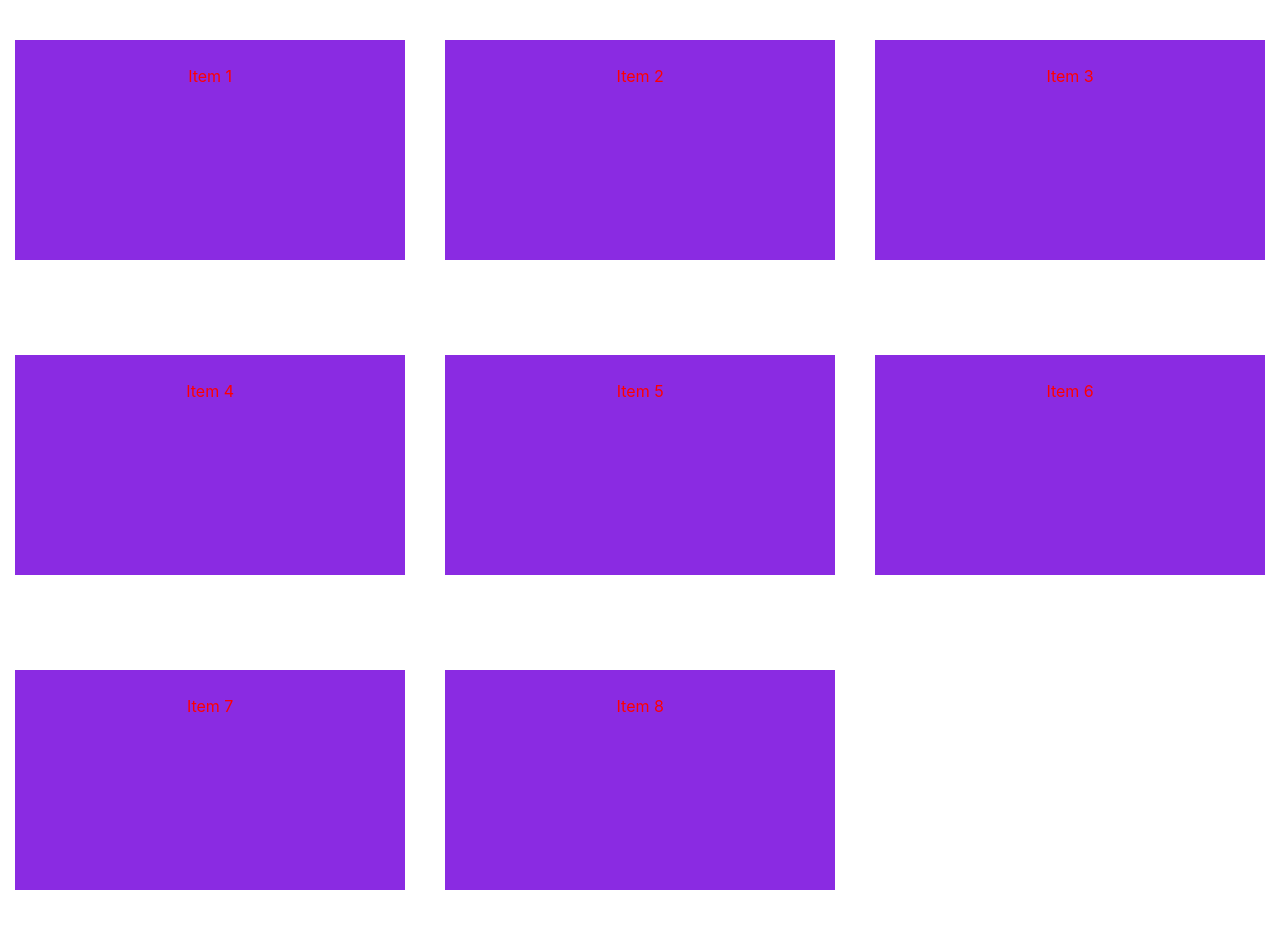
Repository: thai-shriya/anxiety-tracker
Page: /
These files come from the project's save history. The page is drawn as it stood at one moment and after the next save; the edit follows.
The browser window is 1280 px wide. The pictures show the whole page.
The project was rebuilt for these pictures with package versions that can differ from the ones it lists, and the page was loaded fresh each time.

Above is the page before, as saved 2024-04-22 15:13:48.

### src/App.js
import './App.css';

function App() {
  return (
    <div className='grid-container'>
      <div className='grid-item'><p>Item 1</p></div>
      <div className='grid-item'><p>Item 2</p></div>
      <div className='grid-item'><p>Item 3</p></div>
      <div className='grid-item'><p>Item 4</p></div>
      <div className='grid-item'><p>Item 5</p></div>
      <div className='grid-item'><p>Item 6</p></div>
      <div className='grid-item'><p>Item 7</p></div>
      <div className='grid-item'><p>Item 8</p></div>
    </div>

  );
}

export default App;

### src/App.css
.grid-container{
  display: grid;
  grid-template-columns: auto auto auto;
  grid-template-rows: auto;
  column-gap: 10px;
  row-gap: 15px;
}

.grid-item{
  padding: 10px;
  text-align: center;
  border: 1px red;
  background-color:blueviolet;
  margin: 40px 15px 40px 15px;
  height: 200px;
}

.grid-item p{
  color: red;
  margin-top: 30;
}

Loaded but not shown: public/index.html (common file); src/index.js (common file); src/index.css (common file); src/reportWebVitals.js (common file)

After the next save:
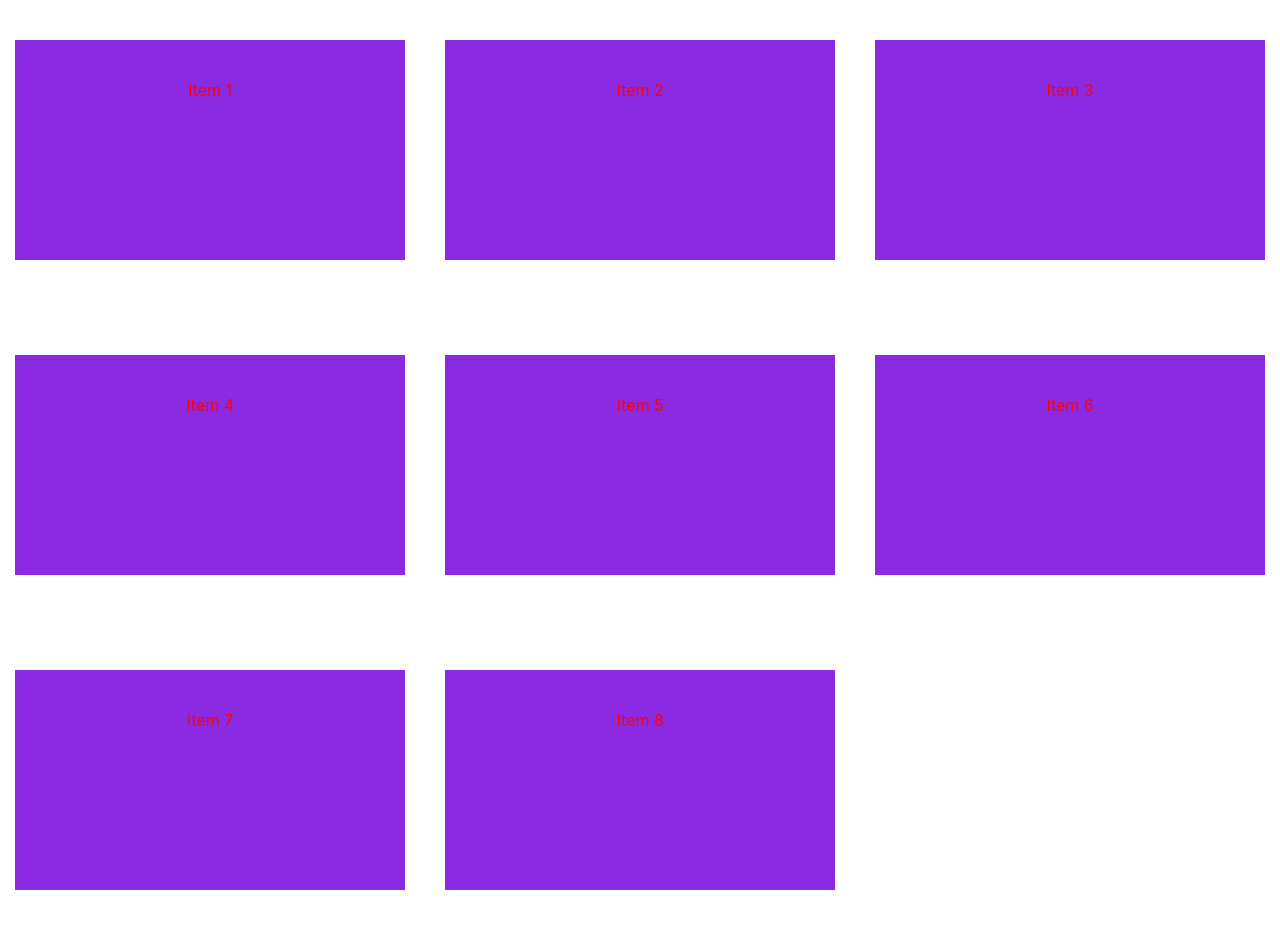
Saved 4 s later.
--- a/src/App.css
+++ b/src/App.css
@@ -17,5 +17,5 @@
 
 .grid-item p{
   color: red;
-  margin-top: 30;
+  margin-top: 30px;
 }
